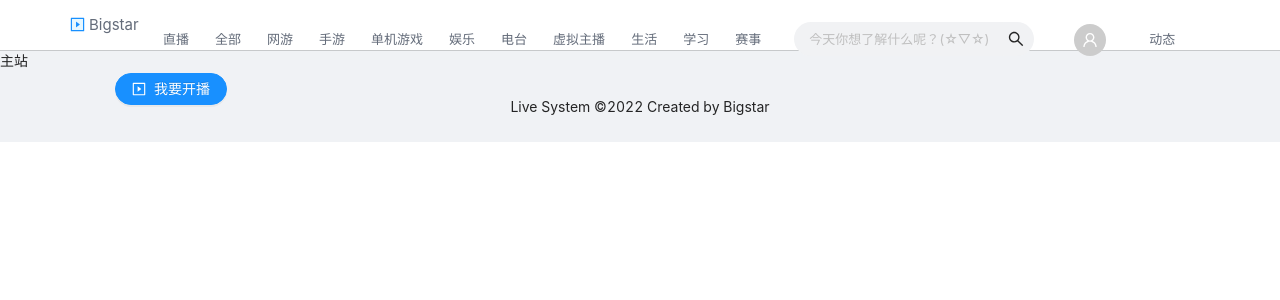
Repository: Bigstar-hyx/webrtc-react
Page: /
An editor plug-in stored every save of this project. The page is shown before and after the next save, followed by the edit.
The browser window is 1280 px wide. The pictures show the whole page.
The project was rebuilt for these pictures with package versions that can differ from the ones it lists, and the page was loaded fresh each time. Also part of the build but not shown: craco.config.js, webpack.config.js, src/pages/live/Index.css, src/pages/live/component/Content/Video/video.css, src/pages/live/component/Content/Video/Video.js, src/pages/live/component/Content/Comments/comments.css, src/pages/live/component/Content/Comments/TalkSend.js, src/pages/live/component/Content/Comments/Talk.js and 7 more.

Above is the page before, as saved 2022-02-19 20:31:23.

### src/index.js
import * as React from 'react'
import * as ReactDOM from 'react-dom'
import { BrowserRouter } from 'react-router-dom'
import App from './App.js'

ReactDOM.render(
  <BrowserRouter>
    <App />
  </BrowserRouter>,
  document.getElementById('root')
)

### src/App.js
import * as React from 'react'
import { Routes, Route } from 'react-router-dom'

import LiveIndex from './pages/live/Index'
import HomeIndex from './pages/home/Index'
import ViewerIndex from './pages/viewer/Index'
import TopIndex from './top/Index'
import './app.css'

import { Layout } from 'antd'

const { Header, Footer, Content } = Layout

function App() {
  return (
    <>
      <Layout>
        <Header>
          <TopIndex />
        </Header>
        <Content>
          <Routes>
            <Route path="/" element={<HomeIndex />} />
            <Route path="live" element={<LiveIndex />} />
            <Route path="viewer" element={<ViewerIndex />} />
          </Routes>
        </Content>
        <Footer style={{ textAlign: 'center' }}>Live System ©2022 Created by Bigstar</Footer>
      </Layout>
    </>
  )
}

export default App

### src/pages/home/Index.js
import React, { Component } from 'react'

export class HomeIndex extends Component {
  render() {
    return <div>主站</div>
  }
}

export default HomeIndex

### src/top/Index.js
import { Avatar } from 'antd'
import { PlaySquareTwoTone, UserOutlined } from '@ant-design/icons'

import TopMenu from './component/TopMenu'
import TopSearch from './component/TopSearch'
import TopStart from './component/TopStart'

import './index.css'

function TopIndex() {
  return (
    <>
      <div className="logo">
        <PlaySquareTwoTone />
        &nbsp;Bigstar
      </div>
      <TopMenu />
      <TopSearch />
      <div className="avatar">
        <Avatar size={32} icon={<UserOutlined />} />
      </div>
      <TopStart />
    </>
  )
}

export default TopIndex

### src/top/component/TopMenu.js
import './top-menu.css'

function TopMenu() {
  return (
    <div>
      <ul>
        <li>
          <a href="">直播</a>
        </li>
        <li>
          <a href="">全部</a>
        </li>
        <li>
          <a href="">网游</a>
        </li>
        <li>
          <a href="">手游</a>
        </li>
        <li>
          <a href="">单机游戏</a>
        </li>
        <li>
          <a href="">娱乐</a>
        </li>
        <li>
          <a href="">电台</a>
        </li>
        <li>
          <a href="">虚拟主播</a>
        </li>
        <li>
          <a href="">生活</a>
        </li>
        <li>
          <a href="">学习</a>
        </li>
        <li>
          <a href="">赛事</a>
        </li>
      </ul>
    </div>
  )
}

export default TopMenu

### src/top/component/TopSearch.js
import { Input } from 'antd'
import { SearchOutlined } from '@ant-design/icons'

import './top-search.css'

function TopSearch() {
  return (
    <div>
      <Input className="search" size="large" placeholder="今天你想了解什么呢？(☆▽☆)" suffix={<SearchOutlined />} />
    </div>
  )
}

export default TopSearch

### src/top/component/TopStart.js
import { Button } from 'antd'
import { PlaySquareOutlined } from '@ant-design/icons'
import './top-start.css'

function TopStart() {
  return (
    <div>
      <ul>
        <li>
          <a href="">动态</a>
        </li>
        <li>
          <a href="">签到</a>
        </li>
        <li>
          <a href="/live">
            <Button type="primary" shape="round">
              <PlaySquareOutlined />
              我要开播
            </Button>
          </a>
        </li>
      </ul>
    </div>
  )
}

export default TopStart

### src/top/index.css
.ant-layout-header {
  height: 50px;
  padding: 0 50px;
  box-shadow: 0px 0px 1px #000;
  color: rgba(0, 0, 0, 0.85);
  line-height: 50px;
  background: #fff;
}
.logo {
  float: left;
  padding: 0px 0px 0px 20px;
  width: 100px;
  color: #646c7a;
  font-size: 15px;
}
.avatar {
  float: left;
  margin: 0 30px;
  width: 32px;
  height: 32px;
}

### src/pages/live/component/Content/Comments/Comments.js
import React, { useState } from 'react'
import { Card } from 'antd'
import './comments.css'
import Talk from './Talk'
import SList from './SList'

const tabListNoTitle = [
  {
    key: 'talk',
    tab: '讨论区'
  },
  {
    key: 'slist',
    tab: '学员列表'
  }
]

const contentListNoTitle = {
  talk: <Talk />,
  slist: <SList />
}

function Comments() {
  const [activeTabKey2, setActiveTabKey2] = useState('talk')

  const onTab2Change = key => {
    setActiveTabKey2(key)
  }
  return (
    <div className="comments-box">
      <Card
        className="card"
        tabList={tabListNoTitle}
        activeTabKey={activeTabKey2}
        onTabChange={key => {
          onTab2Change(key)
        }}
      >
        {contentListNoTitle[activeTabKey2]}
      </Card>
    </div>
  )
}

export default Comments

### src/top/component/top-menu.css
.top-menu ul {
  margin: auto;
}
ul li a {
  float: left;
  color: #646c7a;
  font-size: 13px;
}

li {
  list-style: none;
}

li a {
  margin: 0 5px;
  padding: 0 8px;
}

a {
  /* text-decoration: none; */
}

### src/top/component/top-search.css
.search {
  float: left;
  margin: 8px 10px 8px 20px;
  padding: 0px 10px 0px 15px;
  border: none;
  border-radius: 20px;
  background: #f1f2f4;
  width: 240px;
  height: 34px;
}

.ant-input-affix-wrapper > input.ant-input {
  background: #f1f2f4;
  font-size: 13px;
}

### src/pages/live/component/Content/Comments/TalkList.js
import React from 'react'
import { Comment, Tooltip, List } from 'antd'
import moment from 'moment'

const data = [
  {
    author: '学员1',
    avatar: 'https://joeschmoe.io/api/v1/random',
    content: <p>老师真好看</p>
  },
  {
    author: '学员2',
    avatar: 'https://joeschmoe.io/api/v1/random',
    content: <p>讲得真好！</p>
  }
]

function TalkList() {
  return (
    <div>
      <List
        className="comment-list"
        itemLayout="horizontal"
        dataSource={data}
        renderItem={item => (
          <li>
            <Comment actions={item.actions} author={item.author} avatar={item.avatar} content={item.content} datetime={item.datetime} />
          </li>
        )}
      />
    </div>
  )
}

export default TalkList

### src/pages/live/component/Content/Comments/talk.css
* {
  margin: 0;
  padding: 0;
}
.talk-list {
  width: 100%;
  height: 480px;
}
.talk-send {
  width: 100%;
  height: 40px;
}

Loaded but not shown: public/index.html (common file)

After the next save:
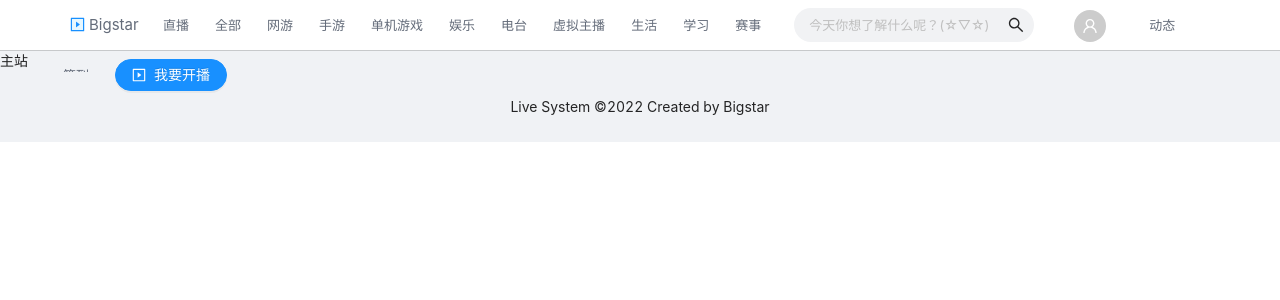
Saved 6 s later.
--- a/src/top/component/top-menu.css
+++ b/src/top/component/top-menu.css
@@ -1,4 +1,4 @@
-.top-menu ul {
+ul {
   margin: auto;
 }
 ul li a {
